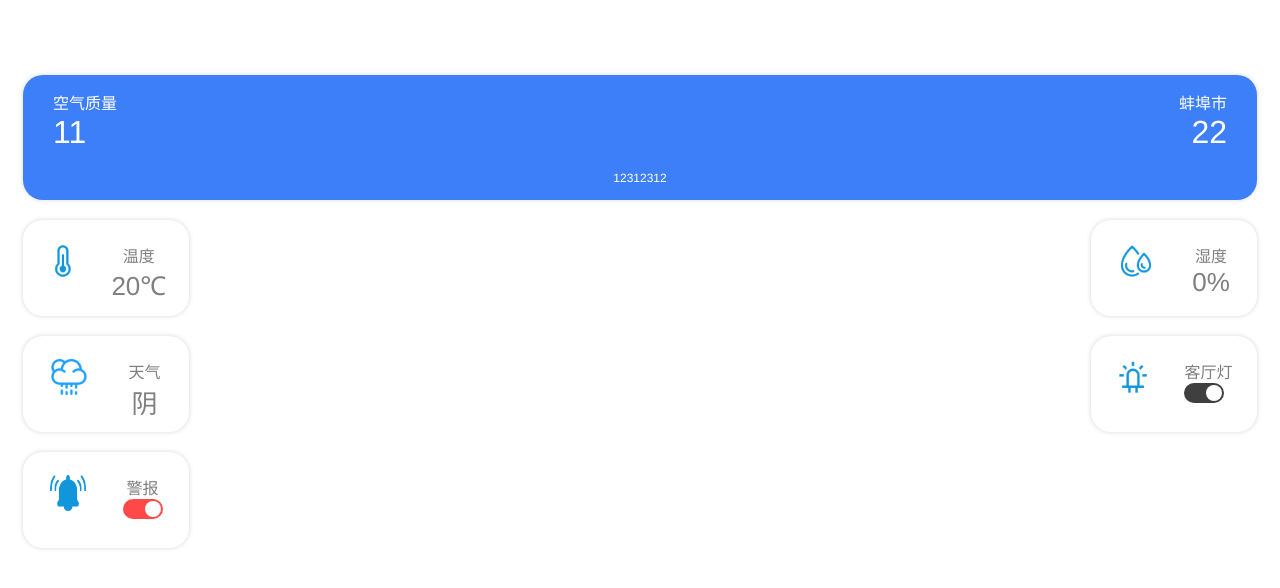
Repository: MashiroQi/MCU
Page: / (app in STM32/smart_house/WebCode/)
These files come from the project's save history. The page is drawn as it stood at one moment and after the next save; the edit follows.
The browser window is 1280 px wide. The pictures show the whole page.
The project was rebuilt for these pictures with package versions that can differ from the ones it lists, and the page was loaded fresh each time. Also part of the build but not shown: STM32/smart_house/WebCode/vue.config.js.

Above is the page before, as saved 2023-01-03 10:18:17.

After the next save:
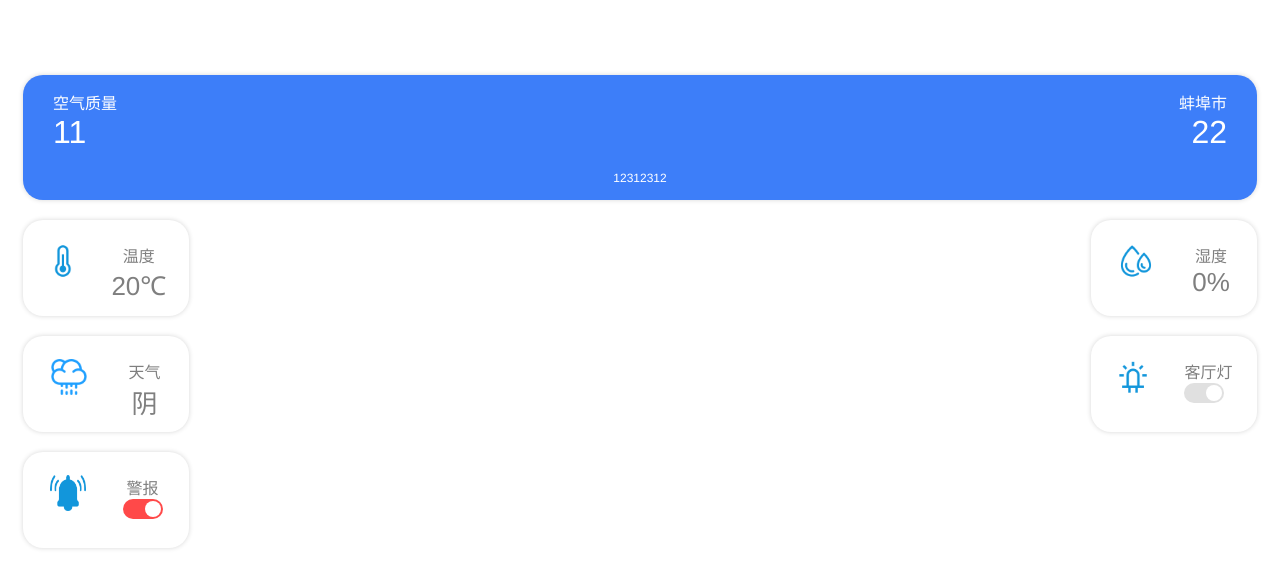
Saved 21 s later.
--- a/STM32/smart_house/WebCode/src/components/Client.vue
+++ b/STM32/smart_house/WebCode/src/components/Client.vue
@@ -40,7 +40,7 @@
         <div class="data-text">
           客厅灯
           <div class="data-value">
-            <switchcomponent activeColor="#3d7ef9" inactiveColor="#3f3f3f" />
+            <switchcomponent activeColor="#3d7ef9" inactiveColor="#e0e0e0" />
           </div>
         </div>
       </div>
